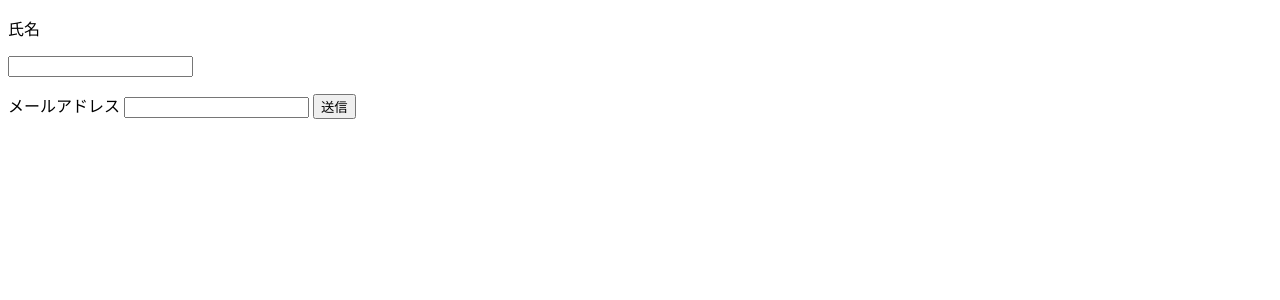
Repository: masanarimiura/20220618_miura
Page: http://localhost/
The author's editor kept a copy of each file at every save. The page is drawn from the files as they stood at one save, then again after a run of saves.
The browser window is 1280 px wide. The pictures show the whole page.
The page is served by the project's Laravel application, run on PHP 8.4 with Laravel 8.

Above is the page before, as saved 2022-06-18 11:54:48.

After the next 2 saves:
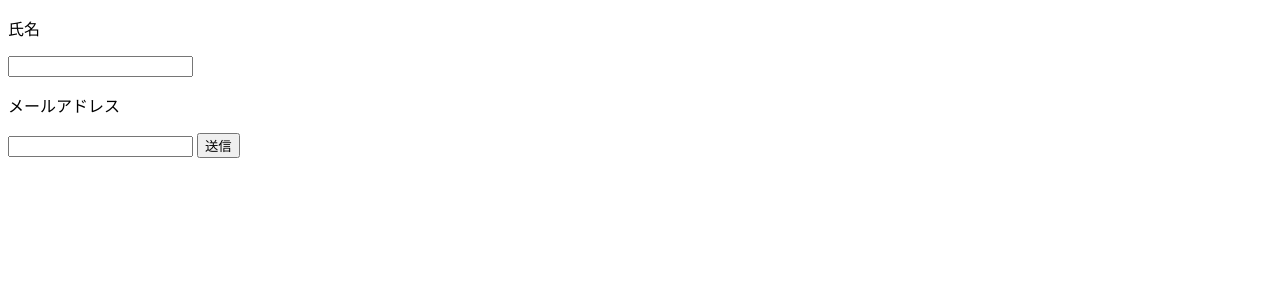
The 2 saves are shown as one change because they came seconds apart.
The last was saved 8 s later.
--- a/resources/views/index.blade.php
+++ b/resources/views/index.blade.php
@@ -21,7 +21,7 @@
     @csrf
         <p>氏名</p>
         <div><input type="text" name="name"></div>
-        <p>メールアドレス
+        <p>メールアドレス</p>
       </th>
       <td>
         <input type="email" name="email">
